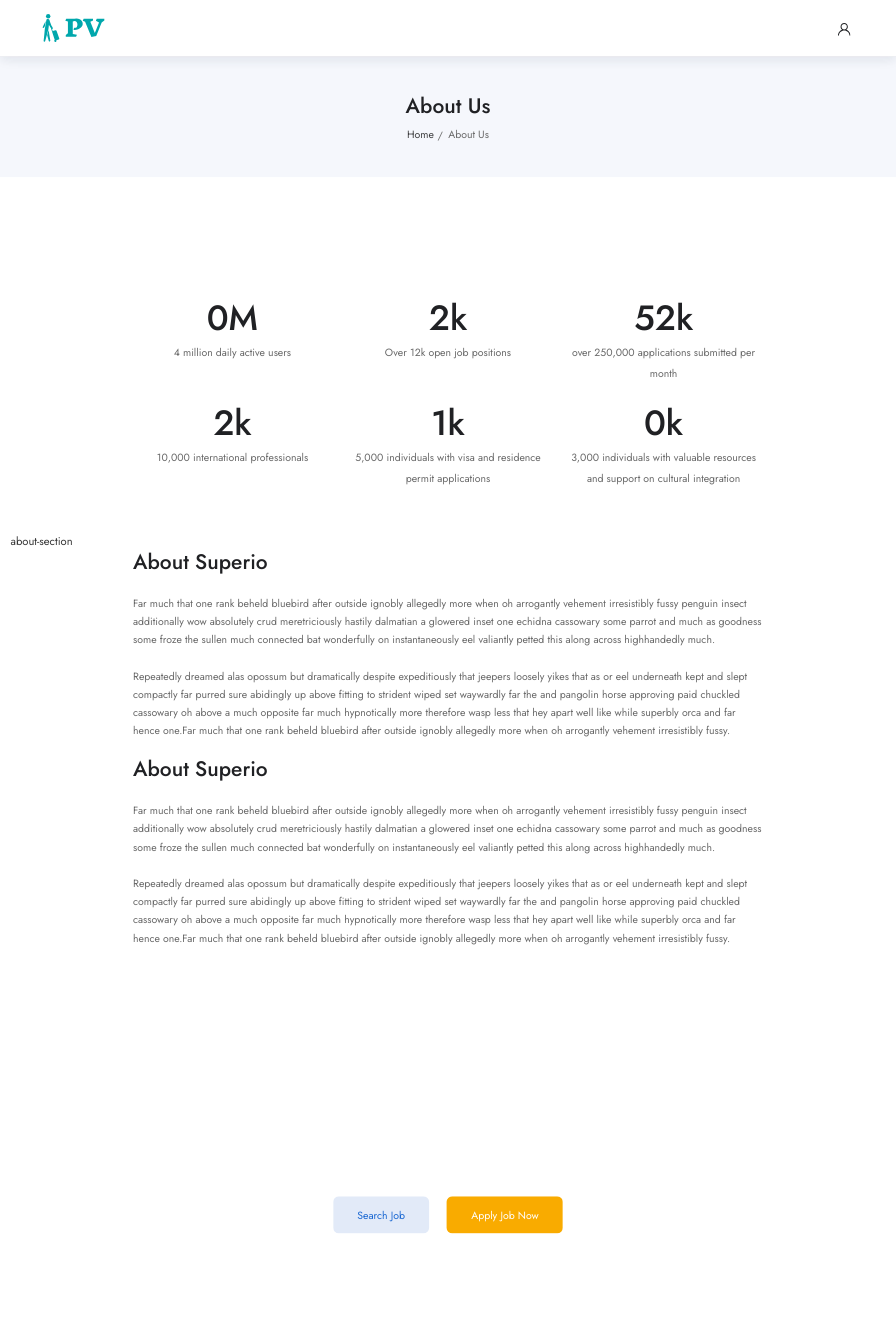
Repository: greatchriz/job
Page: http://localhost/about-us
The author's editor kept a copy of each file at every save. The page is drawn from the files as they stood at one save, then again after the next save.
The browser window is 1280 px wide. The pictures show the part of the page from y = 0 to 1920 px (the page is 3870 px tall before and 4138 px after), at 70% of full size.
The page is served by the project's Laravel application, run on PHP 8.4 with Laravel 10.

Above is the page before, as saved 2023-12-14 09:59:39.

After the next save:
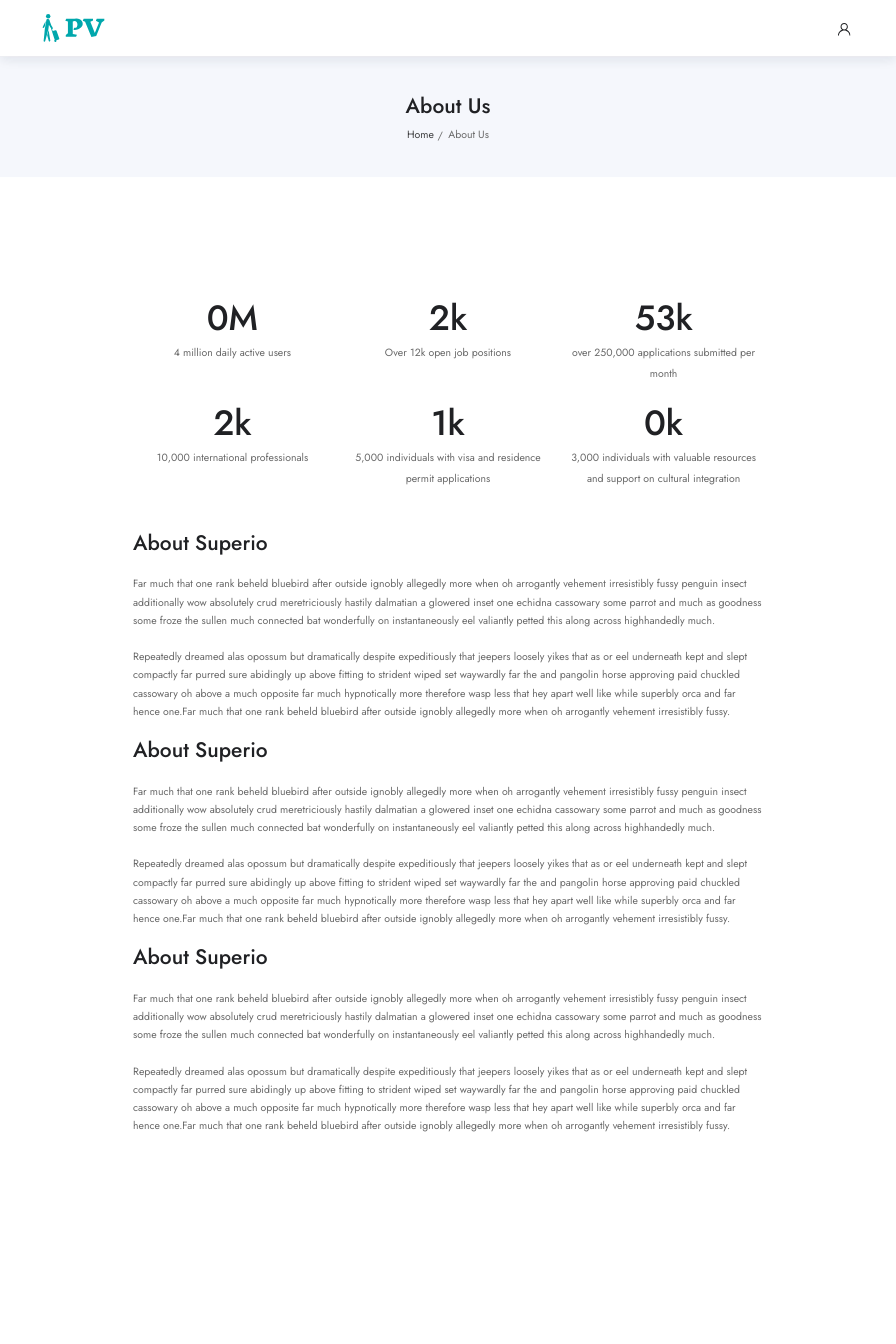
Saved 28 s later.
--- a/resources/views/components/main-pages/about/about-section.blade.php
+++ b/resources/views/components/main-pages/about/about-section.blade.php
@@ -1 +1,5 @@
-about-section
+<div class="text-box">
+    <h4>About Superio</h4>
+    <p>Far much that one rank beheld bluebird after outside ignobly allegedly more when oh arrogantly vehement irresistibly fussy penguin insect additionally wow absolutely crud meretriciously hastily dalmatian a glowered inset one echidna cassowary some parrot and much as goodness some froze the sullen much connected bat wonderfully on instantaneously eel valiantly petted this along across highhandedly much.</p>
+    <p>Repeatedly dreamed alas opossum but dramatically despite expeditiously that jeepers loosely yikes that as or eel underneath kept and slept compactly far purred sure abidingly up above fitting to strident wiped set waywardly far the and pangolin horse approving paid chuckled cassowary oh above a much opposite far much hypnotically more therefore wasp less that hey apart well like while superbly orca and far hence one.Far much that one rank beheld bluebird after outside ignobly allegedly more when oh arrogantly vehement irresistibly fussy.</p>
+</div>
